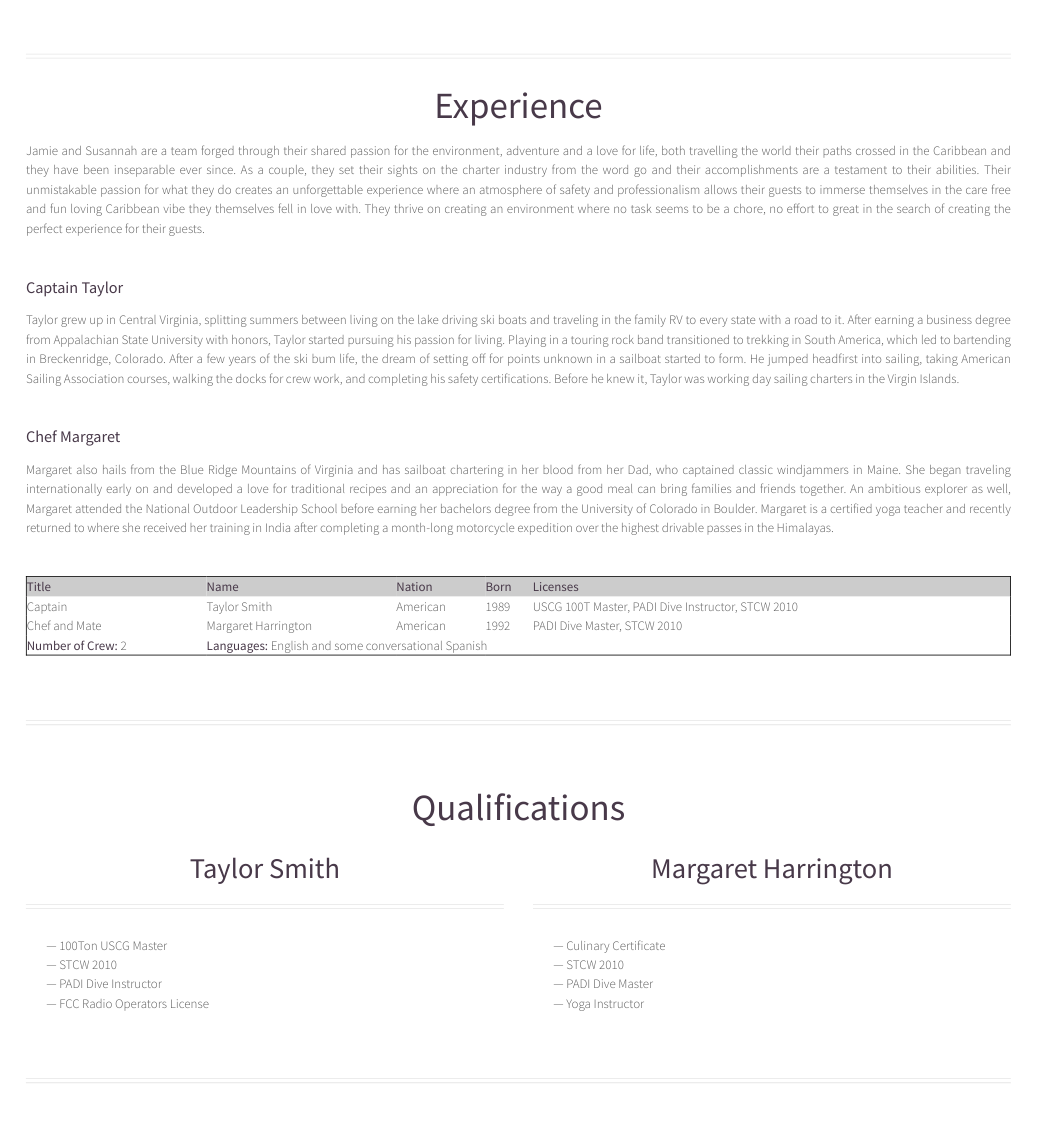
Repository: islandhoppin/website_production
Page: Crew.html
The author's editor kept a record of every edit. The page is drawn from the files as they stood at one moment, then again after the next edit.
The browser window is 1280 px wide. The pictures show the part of the page from y = 1699 to 3112 px (the page is 4350 px tall before and 4454 px after), at 81% of full size.
A picture or video elsewhere on the page could not be fetched, so the positions and the page height are approximate. Some web fonts or font styles are not loaded; a fallback is used.

Above is the page before.

### Crew.html

<!DOCTYPE HTML>
<!--
	Helios by Pixelarity
	pixelarity.com | hello@pixelarity.com
	License: pixelarity.com/license
-->
<html lang="en">
	<head>
		<!-- Global Site Tag (gtag.js) - Google Analytics -->
		<script async src="https://www.googletagmanager.com/gtag/js?id=UA-107335403-1"></script>
		<script>
		  window.dataLayer = window.dataLayer || [];
		  function gtag(){dataLayer.push(arguments)};
		  gtag('js', new Date());

		  gtag('config', 'UA-107335403-1');
		</script>
		<title>Island Hoppin' Charters</title>
		<meta charset="utf-8" />
		<meta name="viewport" content="width=device-width, initial-scale=1" />
		<!--[if lte IE 8]><script src="assets/js/ie/html5shiv.js"></script><![endif]-->
		<link rel="stylesheet" href="assets/css/main.css" />
		<link rel="apple-touch-icon" href="images/favicon.png" />
		<link rel="shortcut icon" href="images/favicon.png" />
		<script src="assets/js/jquery.min.js" type="text/javascript"></script>
		<script src="src/js/jquery.swipebox.js"></script>
		<link rel="stylesheet" href="src/css/swipebox.css">
		<!--[if lte IE 8]><link rel="stylesheet" href="assets/css/ie8.css" /><![endif]-->
		<script type="text/javascript">
			;( function( $ ) {

				$( '.swipebox' ).swipebox();

			} )( jQuery );
		</script>
		<meta name="description" content="The crew aboard ISLAND HOPPIN' offers world-class service tailored to your needs during the entire charter. Experience the exquisite culinary and sailing experience aboard one of the finest the Virgin Islands has to offer!" />
		<meta name="robots" content="The crew aboard ISLAND HOPPIN' offers world-class service tailored to your needs during the entire charter. Experience the exquisite culinary and sailing experience aboard one of the finest the Virgin Islands has to offer!" />
		<meta name="googlebot" content="The crew aboard ISLAND HOPPIN' offers world-class service tailored to your needs during the entire charter. Experience the exquisite culinary and sailing experience aboard one of the finest the Virgin Islands has to offer!" />
	</head>
	<body class="no-sidebar">
		<div id="page-wrapper">

			<!-- Header -->
				<div id="header">

					<!-- Inner -->
						<div class="inner">
							<h1 id="logo" style="font-family:'Shadows Into Light', 'Source Sans Pro', sans-serif">Island Hoppin'</h1>
						</div>

					<!-- Nav -->
						<nav id="nav">
							<ul>
								<li><a href="Home.php">Home</a></li>
								<li>
									<a href="Boat.html">The Boat</a>
									<ul>
										<li><a href="Boat.html#specifications">Specifications</a></li>
										<li><a href="Boat.html#features">Features</a></li>
										<li><a href="Boat.html#floor">Floor Plan</a></li>
										<li><a href="Boat.html#dive">Dive Features</a></li>
										<li><a href="Boat.html#photos">Photos</a></li>
									</ul>
								</li>
								<li>
									<a href="Crew.html" style="font-weight:bold;">The Crew</a>
									<ul>
										<li><a href="#meet">Meet the Crew</a></li>
										<li><a href="#experience">Experience</a></li>
										<li><a href="#qualifications">Qualifications</a></li>
										<li><a href="#photos">Photos</a></li>
									</ul>
								</li>
								<li>
									<a href="Experience.php">The Experience</a>
									<ul>
										<li><a href="Experience.php#itinerary">Sample Itinerary</a></li>
										<li><a href="Experience.php#explore">Points of Interest</a></li>
										<li><a href="Experience.php#menu">Sample Menu</a></li>
										<li><a href="Experience.php#testimonials">Testimonials</a></li>
										<li><a href="Experience.php#customerVideos">Sailor Content</a></li>
									</ul>
								</li>
								<li>
									<a href="Book.php">Booking</a>
									<ul>
										<li><a href="Book.php#rates">Rates</a></li>
										<li><a href="Book.php#specials">Specials</a></li>
										<li><a href="Book.php#availability">Availability</a></li>
										<li><a href="Book.php#FAQ">FAQ</a></li>
										<li><a href="Book.php#contact">Contact Us</a></li>
									</ul>
								</li>
							</ul>
						</nav>

				</div>

			<!-- Main -->
				<div class="wrapper style1" id="meet">

					<div class="container">
						<article id="main" class="special">
							<header>
								<h2 style="font-family:'Shadows Into Light', 'Source Sans Pro', sans-serif">Meet Taylor and Margaret</h2>
								<p>
									Your Captain, Chef, Engineer, Dive Instructor, Deckhand, Bartender, Stewardess, </br> you get the point... They rock!
								</p>
							</header>
							<a href="#meet" class="image featured"><img src="https://dzx3g8o0zzxkn.cloudfront.net/Crew/Taylor&Margaret.jpg" alt="Island hoppin Crew - Taylor and Margaret" /></a>
							<hr style="margin-top:-50px; margin-bottom:100px" />
						</article>
						<div id="experience">
							<article id="main" class="special">
								<!-- Experience -->
								<header><h2  style="font-family:'Shadows Into Light', 'Source Sans Pro', sans-serif">Experience</h2></header>
								<p>
									Jamie and Susannah are a team forged through their shared passion for the environment, adventure and a love for life,
									both travelling the world their paths crossed in the Caribbean and they have been inseparable ever since. As a couple,
									they set their sights on the charter industry from the word go and their accomplishments are a testament to their abilities.
									Their unmistakable passion for what they do creates an unforgettable experience where an atmosphere of safety and
									professionalism allows their guests to immerse themselves in the care free and fun loving Caribbean vibe they themselves
									fell in love with. They thrive on creating an environment where no task seems to be a chore, no effort to great in the
									search of creating the perfect experience for their guests.
								</p>
								<section>
									<header>
										<h3>Captain Taylor</h3>
									</header>
									<p>
										Taylor grew up in Central Virginia, splitting summers between living on the lake driving ski boats and traveling in the family RV to every state with a road to it.
										After earning a business degree from Appalachian State University with honors, Taylor started pursuing his passion for living.
										Playing in a touring rock band transitioned to trekking in South America, which led to bartending in Breckenridge, Colorado.
										After a few years of the ski bum life, the dream of setting off for points unknown in a sailboat started to form.
										He jumped headfirst into sailing, taking American Sailing Association courses, walking the docks for crew work, and completing his safety certifications.
										Before he knew it, Taylor was working day sailing charters in the Virgin Islands.
									</p>
								</section>
								<section>
									<header>
										<h3>Chef Margaret</h3>
									</header>
									<p>
										Margaret also hails from the Blue Ridge Mountains of Virginia and has sailboat chartering in her blood from her Dad, who captained classic windjammers in Maine.
										She began traveling internationally early on and developed a love for traditional recipes and an appreciation for the way a good meal can bring families and friends together.
										An ambitious explorer as well, Margaret attended the National Outdoor Leadership School before earning her bachelors degree from the University of Colorado in Boulder.
										Margaret is a certified yoga teacher and recently returned to where she received her training in India after completing a month-long motorcycle expedition over the highest drivable passes in the Himalayas.
									</p>
								</section>
								<table cellpadding='3' border=1 style='border-collapse:collapse;width:100%;border: 1px solid #000000;'>
									<tr bgcolor='#cccccc'><td><strong>Title</strong></td><td><strong>Name</strong></td><td><strong>Nation</strong></td><td><strong>Born</strong></td><td><strong>Licenses</strong></td></tr>
									<tr><td>Captain</td><td align='left'>Taylor Smith</td><td >American</td><td >1989</td><td >USCG 100T Master, PADI Dive Instructor, STCW 2010</td></tr>
		  							<tr><td>Chef and Mate</td><td align='left'>Margaret Harrington</td><td >American</td><td >1992</td><td >PADI Dive Master, STCW 2010</td></tr>
		  							<tr><td align='left' colspan='1'><strong>Number of Crew: </strong>2</td><td colspan='4'><strong>Languages: </strong>English and some conversational Spanish</td></tr>
		  						</table>

							</article>

						</div>
						<!-- Qualifications -->

						<hr />
						<div id="qualifications">
							<article id="main" class="special">
								<!-- Experience -->
								<header><h2  style="font-family:'Shadows Into Light', 'Source Sans Pro', sans-serif">Qualifications</h2></header>
								<div class="row">
									<article class="6u 12u(mobile) special">
										<h2 style="padding-top:10px; text-align: center; font-size:2.2em;">Taylor Smith</h3>
										<hr style="margin-top:-50px;" />
										<ul style="margin-top:-40px; margin-left:25px;">
											<li>&mdash; 100Ton USCG Master</li>
											<li>&mdash; STCW 2010</li>
											<li>&mdash; PADI Dive Instructor</li>
											<li>&mdash; FCC Radio Operators License</li>
										</ul>
									</article>
									<article class="6u 12u(mobile) special">
										<h2 style="padding-top:10px; text-align: center; font-size:2.2em;">Margaret Harrington</h2>
										<hr style="margin-top:-50px;" />
										<ul style="margin-top:-40px; margin-left:25px;">
											<li>&mdash; Culinary Certificate</li>
											<li>&mdash; STCW 2010</li>
											<li>&mdash; PADI Dive Master</li>
											<li>&mdash; Yoga Instructor</li>
										</ul>
									</article>
								</div>
							</article>
						</div>
						<hr />
						<!-- Carousel -->
						<section id="photos" class="carousel">
							<div class="reel">

								<article>
									<a href="https://dzx3g8o0zzxkn.cloudfront.net/Crew/Jamie&Sue-Nov18.png" class="swipebox" title="Welcome Aboard Island Hoppin'!">
										<img class="image featured" src="https://dzx3g8o0zzxkn.cloudfront.net/Crew/Thumb/Jamie&Sue-Nov18-thumb.jpg" alt="image">
									</a>
								</article>

								<article>
									<a href="https://dzx3g8o0zzxkn.cloudfront.net/Crew/couple.jpg" class="swipebox" title="Meet the Couple">
										<img class="image featured" src="https://dzx3g8o0zzxkn.cloudfront.net/Crew/Thumb/couple-thumb.jpg" alt="image">
									</a>
								</article>

								<article>
									<a href="https://dzx3g8o0zzxkn.cloudfront.net/Crew/chillin.jpg" class="swipebox" title="Hanging out at one of our favorite places">
										<img class="image featured" src="https://dzx3g8o0zzxkn.cloudfront.net/Crew/Thumb/chillin-thumb.jpg" alt="crew chillin in BVI">
									</a>
								</article>

								<article>
									<a href="https://dzx3g8o0zzxkn.cloudfront.net/Crew/freezin.jpg" class="swipebox" title="We don't always like the cold, but we figured we change it up">
										<img class="image featured" src="https://dzx3g8o0zzxkn.cloudfront.net/Crew/Thumb/freezin-thumb.jpg" alt="crew chillin in BVI">
									</a>
								</article>

								<article>
									<a href="https://dzx3g8o0zzxkn.cloudfront.net/Crew/lovin.jpg" class="swipebox" title="Lovin the water">
										<img class="image featured" src="https://dzx3g8o0zzxkn.cloudfront.net/Crew/Thumb/lovin-thumb.jpg" alt="crew chillin in BVI">
									</a>
								</article>

								<article>
									<a href="https://dzx3g8o0zzxkn.cloudfront.net/Crew/surfin.jpg" class="swipebox" title="Surfs up!">
										<img class="image featured" src="https://dzx3g8o0zzxkn.cloudfront.net/Crew/Thumb/surfin-thumb.jpg" alt="crew chillin in BVI">
									</a>
								</article>

								<article>
									<a href="https://dzx3g8o0zzxkn.cloudfront.net/Crew/divin.jpg" class="swipebox" title="Exploring the beautiful ocean">
										<img class="image featured" src="https://dzx3g8o0zzxkn.cloudfront.net/Crew/Thumb/divin-thumb.jpg" alt="crew chillin in BVI">
									</a>
								</article>

								<article>
									<a href="https://dzx3g8o0zzxkn.cloudfront.net/Crew/Jamie&Susannah.jpg" class="swipebox" title="Welcome aboard Island Hoppin'">
										<img class="image featured" src="https://dzx3g8o0zzxkn.cloudfront.net/Crew/Thumb/Jamie&Susannah-thumb.jpg" alt="crew chillin in BVI">
									</a>
								</article>

							</div>
						</section>
						<h3 style="text-align:center;">Click to enlarge photos.</h3>
					</div>

				</div>

			<!-- Footer -->
				<div id="footer">
					<div class="container">
						<hr />
						<div class="row">
							<div class="12u">

								<!-- Contact -->
									<section class="contact">

										<div class="row">
											<article class="3u 12u(mobile) special">
												<a href="#" class="image featured" style="margin-top:-30px; width: 15em; margin-left: auto; margin-right: auto;"><img src="images/logo.png" alt="" /></a>
											</article>
											<article class="6u 12u(mobile) special">
											<header>
												<h3>Like what you see?</h3>
											</header>
											<p>Check out some of our social media pages.</p>
											<ul class="icons">
												<li><a href="https://www.facebook.com/IslandHoppinCharters/" target="_blank" class="icon fa-facebook"><span class="label">Facebook</span></a></li>
												<li><a href="https://www.instagram.com/islandhoppincharters/" target="_blank" class="icon fa-instagram"><span class="label">Instagram</span></a></li>
												<li><a href="mailto:IslandHoppinCharters@gmail.com" target="_blank" class="icon fa-envelope-o"><span class="label">Email Us</span></a></li>
											</ul>
											</article>
											<article class="3u 12u(mobile) special fadeshow1">
												<a href="#" class="image featured" style="margin-top:-30px; width: 15em; margin-left: auto; margin-right: auto;"><img src="images/logo.png" alt="" /></a>
											</article>
										</div>
									</section>

								<!-- Copyright -->
									<div class="copyright">
										<ul class="menu">
											<li>&copy; Island Hoppin' 2019. All rights reserved.</li>
										</ul>
									</div>
							</div>

						</div>
					</div>
				</div>

		</div>

		<!-- Scripts -->
			<script src="assets/js/jquery.min.js"></script>
			<script src="assets/js/jquery.dropotron.min.js"></script>
			<script src="assets/js/jquery.scrolly.min.js"></script>
			<script src="assets/js/jquery.onvisible.min.js"></script>
			<script src="assets/js/skel.min.js"></script>
			<script src="assets/js/util.js"></script>
			<!--[if lte IE 8]><script src="assets/js/ie/respond.min.js"></script><![endif]-->
			<script src="assets/js/main.js"></script>

	</body>
</html>

### src/css/swipebox.css
/*! Swipebox v1.3.0 | Constantin Saguin csag.co | MIT License | github.com/brutaldesign/swipebox */
html.swipebox-html.swipebox-touch {
  overflow: hidden !important;
}

#swipebox-overlay img {
  border: none !important;
}

#swipebox-overlay {
  width: 100%;
  height: 100%;
  position: fixed;
  top: 0;
  left: 0;
  z-index: 99999 !important;
  overflow: hidden;
  -webkit-user-select: none;
     -moz-user-select: none;
      -ms-user-select: none;
          user-select: none;
}

#swipebox-container {
  position: relative;
  width: 100%;
  height: 100%;
}

#swipebox-slider {
  -webkit-transition: -webkit-transform 0.4s ease;
          transition: transform 0.4s ease;
  height: 100%;
  left: 0;
  top: 0;
  width: 100%;
  white-space: nowrap;
  position: absolute;
  display: none;
  cursor: pointer;
}
#swipebox-slider .slide {
  height: 100%;
  width: 100%;
  line-height: 1px;
  text-align: center;
  display: inline-block;
}
#swipebox-slider .slide:before {
  content: "";
  display: inline-block;
  height: 50%;
  width: 1px;
  margin-right: -1px;
}
#swipebox-slider .slide img,
#swipebox-slider .slide .swipebox-video-container,
#swipebox-slider .slide .swipebox-inline-container {
  display: inline-block;
  max-height: 100%;
  max-width: 100%;
  margin: 0;
  padding: 0;
  width: auto;
  height: auto;
  vertical-align: middle;
}
#swipebox-slider .slide .swipebox-video-container {
  background: none;
  max-width: 1140px;
  max-height: 100%;
  width: 100%;
  padding: 5%;
  -webkit-box-sizing: border-box;
          box-sizing: border-box;
}
#swipebox-slider .slide .swipebox-video-container .swipebox-video {
  width: 100%;
  height: 0;
  padding-bottom: 56.25%;
  overflow: hidden;
  position: relative;
}
#swipebox-slider .slide .swipebox-video-container .swipebox-video iframe {
  width: 100% !important;
  height: 100% !important;
  position: absolute;
  top: 0;
  left: 0;
}
#swipebox-slider .slide-loading {
  background: url(../img/loader.gif) no-repeat center center;
}

#swipebox-bottom-bar,
#swipebox-top-bar {
  -webkit-transition: 0.5s;
          transition: 0.5s;
  position: absolute;
  left: 0;
  z-index: 999;
  height: 50px;
  width: 100%;
}

#swipebox-bottom-bar {
  bottom: -50px;
}
#swipebox-bottom-bar.visible-bars {
  -webkit-transform: translate3d(0, -50px, 0);
          transform: translate3d(0, -50px, 0);
}

#swipebox-top-bar {
  top: -50px;
}
#swipebox-top-bar.visible-bars {
  -webkit-transform: translate3d(0, 50px, 0);
          transform: translate3d(0, 50px, 0);
}

#swipebox-title {
  display: block;
  width: 100%;
  text-align: center;
}

#swipebox-prev,
#swipebox-next,
#swipebox-close {
  background-image: url(../img/icons.png);
  background-repeat: no-repeat;
  border: none !important;
  text-decoration: none !important;
  cursor: pointer;
  width: 50px;
  height: 50px;
  top: 0;
}

#swipebox-arrows {
  display: block;
  margin: 0 auto;
  width: 100%;
  height: 50px;
}

#swipebox-prev {
  background-position: -32px 13px;
  float: left;
}

#swipebox-next {
  background-position: -78px 13px;
  float: right;
}

#swipebox-close {
  top: 0;
  right: 0;
  position: absolute;
  z-index: 9999;
  background-position: 15px 12px;
}

.swipebox-no-close-button #swipebox-close {
  display: none;
}

#swipebox-prev.disabled,
#swipebox-next.disabled {
  opacity: 0.3;
}

.swipebox-no-touch #swipebox-overlay.rightSpring #swipebox-slider {
  -webkit-animation: rightSpring 0.3s;
          animation: rightSpring 0.3s;
}
.swipebox-no-touch #swipebox-overlay.leftSpring #swipebox-slider {
  -webkit-animation: leftSpring 0.3s;
          animation: leftSpring 0.3s;
}

.swipebox-touch #swipebox-container:before, .swipebox-touch #swipebox-container:after {
  -webkit-backface-visibility: hidden;
          backface-visibility: hidden;
  -webkit-transition: all .3s ease;
          transition: all .3s ease;
  content: ' ';
  position: absolute;
  z-index: 999;
  top: 0;
  height: 100%;
  width: 20px;
  opacity: 0;
}
.swipebox-touch #swipebox-container:before {
  left: 0;
  -webkit-box-shadow: inset 10px 0px 10px -8px #656565;
          box-shadow: inset 10px 0px 10px -8px #656565;
}
.swipebox-touch #swipebox-container:after {
  right: 0;
  -webkit-box-shadow: inset -10px 0px 10px -8px #656565;
          box-shadow: inset -10px 0px 10px -8px #656565;
}
.swipebox-touch #swipebox-overlay.leftSpringTouch #swipebox-container:before {
  opacity: 1;
}
.swipebox-touch #swipebox-overlay.rightSpringTouch #swipebox-container:after {
  opacity: 1;
}

@-webkit-keyframes rightSpring {
  0% {
    left: 0;
  }

  50% {
    left: -30px;
  }

  100% {
    left: 0;
  }
}

@keyframes rightSpring {
  0% {
    left: 0;
  }

  50% {
    left: -30px;
  }

  100% {
    left: 0;
  }
}
@-webkit-keyframes leftSpring {
  0% {
    left: 0;
  }

  50% {
    left: 30px;
  }

  100% {
    left: 0;
  }
}
@keyframes leftSpring {
  0% {
    left: 0;
  }

  50% {
    left: 30px;
  }

  100% {
    left: 0;
  }
}
@media screen and (min-width: 800px) {
  #swipebox-close {
    right: 10px;
  }

  #swipebox-arrows {
    width: 92%;
    max-width: 800px;
  }
}
/* Skin
--------------------------*/
#swipebox-overlay {
  background: #0d0d0d;
}

#swipebox-bottom-bar,
#swipebox-top-bar {
  text-shadow: 1px 1px 1px black;
  background: #000;
  opacity: 0.95;
}

#swipebox-top-bar {
  color: white !important;
  font-size: 15px;
  line-height: 43px;
  font-family: Helvetica, Arial, sans-serif;
}

Loaded but not shown: assets/js/jquery.min.js (library); src/js/jquery.swipebox.js (library); assets/css/font-awesome.min.css (library); assets/js/jquery.dropotron.min.js (library); assets/js/jquery.onvisible.min.js (common file); assets/js/skel.min.js (library); assets/js/util.js (587 lines, source omitted); assets/js/main.js (249 lines, source omitted); assets/js/jquery.scrolly.min.js (3 lines, source omitted); assets/css/main.css (3092 lines, source omitted)

After the next edit:
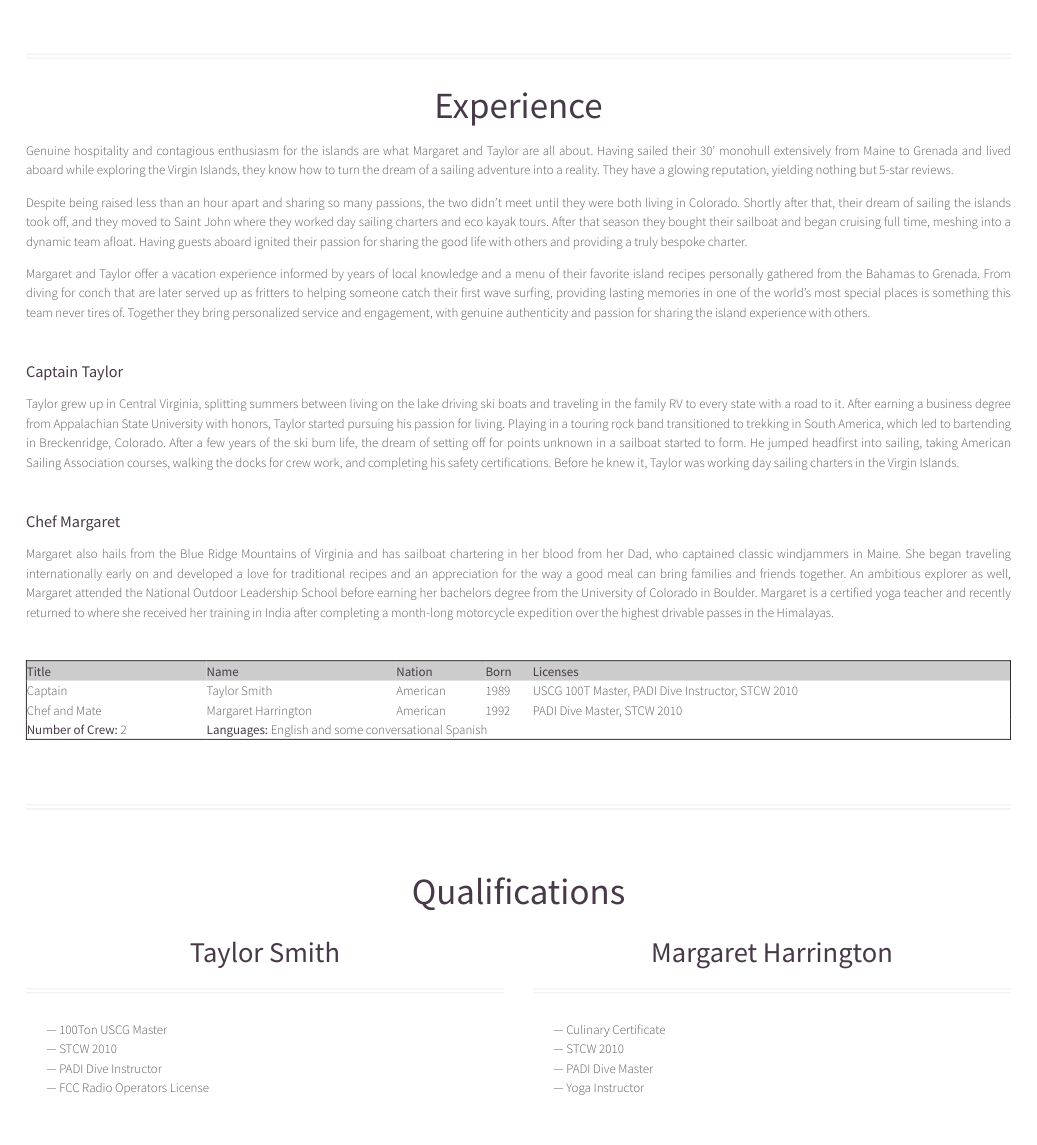
The edit:
--- a/Crew.html
+++ b/Crew.html
@@ -116,13 +116,20 @@
 								<!-- Experience -->
 								<header><h2  style="font-family:'Shadows Into Light', 'Source Sans Pro', sans-serif">Experience</h2></header>
 								<p>
-									Jamie and Susannah are a team forged through their shared passion for the environment, adventure and a love for life,
-									both travelling the world their paths crossed in the Caribbean and they have been inseparable ever since. As a couple,
-									they set their sights on the charter industry from the word go and their accomplishments are a testament to their abilities.
-									Their unmistakable passion for what they do creates an unforgettable experience where an atmosphere of safety and
-									professionalism allows their guests to immerse themselves in the care free and fun loving Caribbean vibe they themselves
-									fell in love with. They thrive on creating an environment where no task seems to be a chore, no effort to great in the
-									search of creating the perfect experience for their guests.
+									Genuine hospitality and contagious enthusiasm for the islands are what Margaret and Taylor are all about.
+									Having sailed their 30’ monohull extensively from Maine to Grenada and lived aboard while exploring the Virgin Islands,
+									they know how to turn the dream of a sailing adventure into a reality. They have a glowing reputation, yielding nothing but 5-star reviews.
+								</p>
+								<p>
+									Despite being raised less than an hour apart and sharing so many passions, the two didn’t meet until they were both living in Colorado.
+									Shortly after that, their dream of sailing the islands took off, and they moved to Saint John where they worked day sailing charters and eco kayak tours.
+									After that season they bought their sailboat and began cruising full time, meshing into a dynamic team afloat.
+									Having guests aboard ignited their passion for sharing the good life with others and providing a truly bespoke charter.
+								</p>
+								<p>
+									Margaret and Taylor offer a vacation experience informed by years of local knowledge and a menu of their favorite island recipes personally gathered from the Bahamas to Grenada.
+									From diving for conch that are later served up as fritters to helping someone catch their first wave surfing, providing lasting memories in one of the world’s most special places is something this team never tires of.
+									Together they bring personalized service and engagement, with genuine authenticity and passion for sharing the island experience with others.
 								</p>
 								<section>
 									<header>
